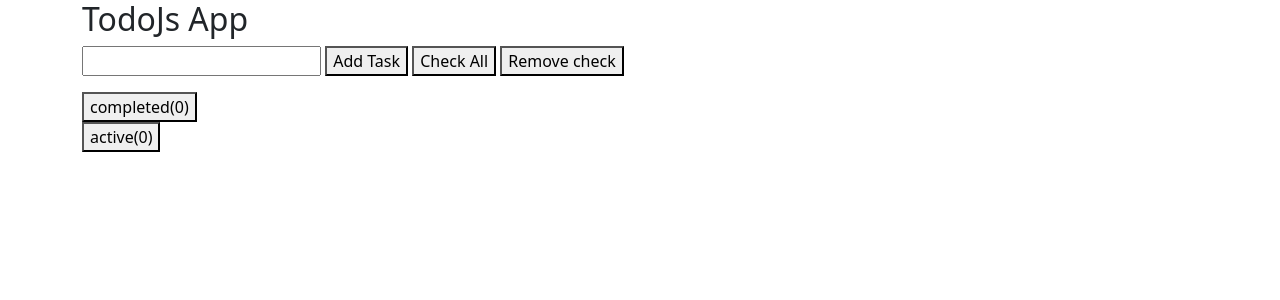
Repository: VladimirKasyanov/Todo
Page: index.html
An editor plug-in stored every save of this project. The page is shown before and after the next save, followed by the edit.
The browser window is 1280 px wide. The pictures show the whole page.

Above is the page before, as saved 2024-05-31 11:22:48.

After the next save:
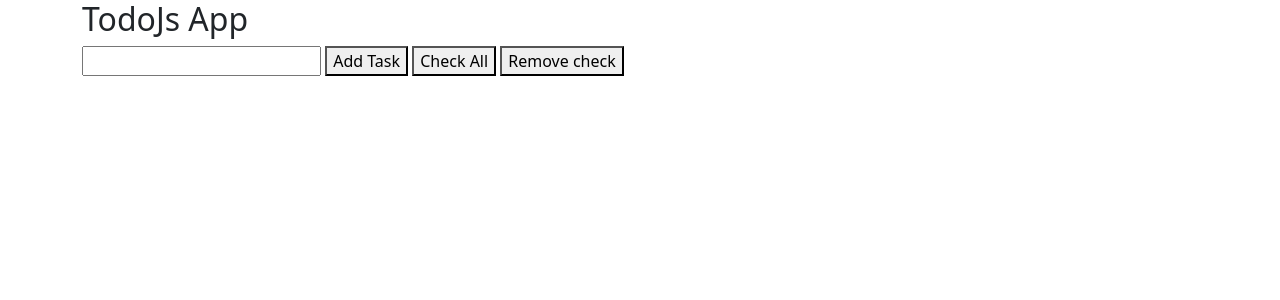
Saved 7 s later.
--- a/styles.css
+++ b/styles.css
@@ -1,8 +1,8 @@
 .completed {
-display: block;
+display: none;
 }
 .inc {
-    display: block;
+    display: none;
 }
 .all{
     display: none;
